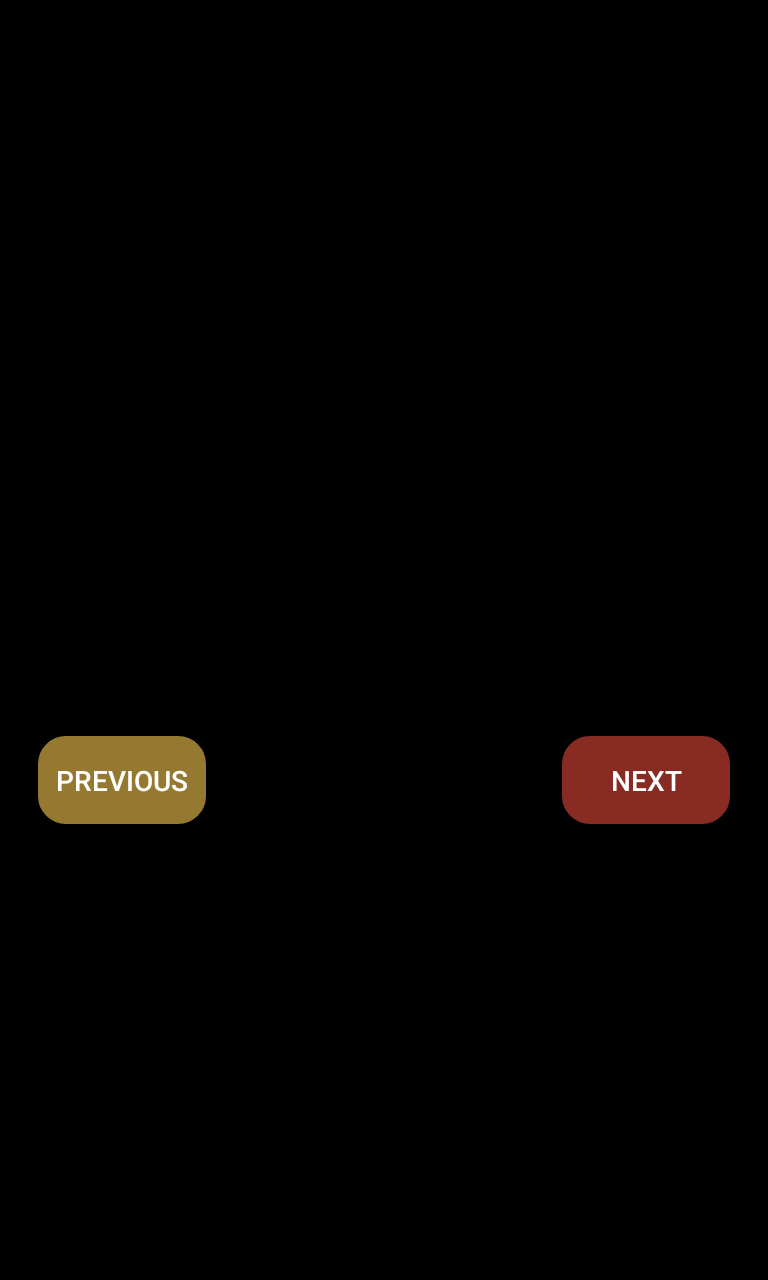
Repository: Dsupreme/MC_tictactoe
Layout: basicgrid/res/layout/tutorial1.xml
An editor plug-in stored every save of this project. The layout is shown before and after the next save, followed by the edit.
It is drawn on a 768 x 1280 px phone screen (xhdpi) without system bars, with theme AppTheme; the app's code is not run. The app's manifest (not shown) leaves right-to-left support off. So textAlignment, textDirection and layoutDirection are ignored, and left and right values win over start and end ones.

Above is the layout before, as saved 2014-12-02 05:15:40.

### basicgrid/res/layout/tutorial1.xml
<?xml version="1.0" encoding="utf-8"?>
<RelativeLayout xmlns:android="http://schemas.android.com/apk/res/android"
	android:layout_width="match_parent"
    android:layout_height="match_parent"
    android:background="#000000"
    android:scaleType="fitXY"
    android:paddingBottom="@dimen/activity_vertical_margin"
    android:paddingLeft="@dimen/activity_horizontal_margin"
    android:paddingRight="@dimen/activity_horizontal_margin"
    android:paddingTop="@dimen/activity_vertical_margin"
    android:orientation="vertical" >

    <ImageView
     android:id="@+id/ivAnimation"
     android:layout_width="350dp"
     android:layout_height="350dp"
     android:layout_centerHorizontal="true"
     android:contentDescription="Animation"
     />

    <TextView
        android:id="@+id/text_vp"
        android:layout_width="match_parent"
        android:layout_height="wrap_content"
        android:layout_alignBottom="@+id/ivAnimation"
        android:layout_alignLeft="@+id/ivAnimation"
        android:gravity="center"
        android:paddingBottom="10sp"
        android:paddingLeft="10sp"
        android:paddingRight="10sp"
        android:paddingTop="10sp"
        android:textAlignment="center"
        android:textColor="#FFFFFF"
        android:textSize="20sp" />

    <Button
        android:id="@+id/next"
        android:layout_width="wrap_content"
        android:layout_height="wrap_content"
        android:layout_alignRight="@+id/ivAnimation"
        android:layout_below="@+id/ivAnimation"
        android:layout_weight="1"
        android:background="@drawable/button_states_peach"
        android:text="Next"
        android:textColor="#FFF" />

    <Button
        android:id="@+id/prev"
        android:layout_width="wrap_content"
        android:layout_height="wrap_content"
        android:layout_alignLeft="@+id/ivAnimation"
        android:layout_below="@+id/ivAnimation"
        android:layout_weight="1"
        android:background="@drawable/button_states_yellow"
        android:text="Previous"
        android:textColor="#FFF" />

</RelativeLayout>

### basicgrid/res/drawable/button_states_peach.xml
<?xml version="1.0" encoding="utf-8"?>
<selector xmlns:android="http://schemas.android.com/apk/res/android">
    <item android:drawable="@drawable/custom_button_peach_pressed"
          android:state_pressed="true" />
    <item android:drawable="@drawable/custom_button_peach_pressed"
          android:state_focused="true" />
    <item android:drawable="@drawable/custom_button_peach" />
</selector>

### basicgrid/res/drawable/button_states_yellow.xml
<?xml version="1.0" encoding="utf-8"?>
<selector xmlns:android="http://schemas.android.com/apk/res/android">
    <item android:drawable="@drawable/custom_button_yellow_pressed"
          android:state_pressed="true" />
    <item android:drawable="@drawable/custom_button_yellow_pressed"
          android:state_focused="true" />
    <item android:drawable="@drawable/custom_button_yellow" />
</selector>

### basicgrid/res/drawable/custom_button_yellow_pressed.xml
<?xml version="1.0" encoding="utf-8"?>
<layer-list xmlns:android="http://schemas.android.com/apk/res/android" >
    <item android:left="0dp" android:right="0dp"  android:top="0dp"  android:bottom="0dp">
    <shape android:shape="rectangle" >
        <solid android:color="#ffce54"/>
        <corners android:radius="15dp"></corners>
		<padding android:top="7dp" android:bottom="7dp" android:right="7dp" android:left="7dp"/>
    	<stroke android:width="2dp" android:color="#000" />

    </shape>
    </item>
</layer-list>
<!-- #96cca443 -->

### basicgrid/res/drawable/custom_button_yellow.xml
<?xml version="1.0" encoding="utf-8"?>
<layer-list xmlns:android="http://schemas.android.com/apk/res/android" >
    <item android:left="0dp" android:right="0dp"  android:top="0dp"  android:bottom="0dp">
    <shape android:shape="rectangle" >
        <solid android:color="#96ffce54"/>
        <corners android:radius="15dp"></corners>
		<padding android:top="7dp" android:bottom="7dp" android:right="7dp" android:left="7dp"/>
    	<stroke android:width="2dp" android:color="#000" />

    </shape>
    </item>
</layer-list>

### basicgrid/res/drawable/custom_button_peach_pressed.xml
<?xml version="1.0" encoding="utf-8"?>
<layer-list xmlns:android="http://schemas.android.com/apk/res/android" >
    <item android:left="0dp" android:right="0dp"  android:top="0dp"  android:bottom="0dp">
    <shape android:shape="rectangle" >
        <solid android:color="#e74c3c"/>
        <corners android:radius="15dp"></corners>
		<padding android:top="7dp" android:bottom="7dp" android:right="7dp" android:left="7dp"/>
    	<stroke android:width="2dp" android:color="#000" />
    </shape>
    </item>
</layer-list>
<!-- color a1352a-->

### basicgrid/res/drawable/custom_button_peach.xml
<?xml version="1.0" encoding="utf-8"?>
<layer-list xmlns:android="http://schemas.android.com/apk/res/android" >
    <item android:left="0dp" android:right="0dp"  android:top="0dp"  android:bottom="0dp">
    <shape android:shape="rectangle" >
        <solid android:color="#96e74c3c"/>
        <corners android:radius="15dp"></corners>
		<padding android:top="7dp" android:bottom="7dp" android:right="7dp" android:left="7dp"/>
    	<stroke android:width="2dp" android:color="#000" />
    </shape>
    </item>
</layer-list>

Loaded but not shown: basicgrid/res/values/styles.xml (common file); basicgrid/res/values-v11/styles.xml (common file); basicgrid/res/values-v14/styles.xml (common file); basicgrid/res/values/dimens.xml (common file); basicgrid/res/values-w820dp/dimens.xml (common file)

After the next save:
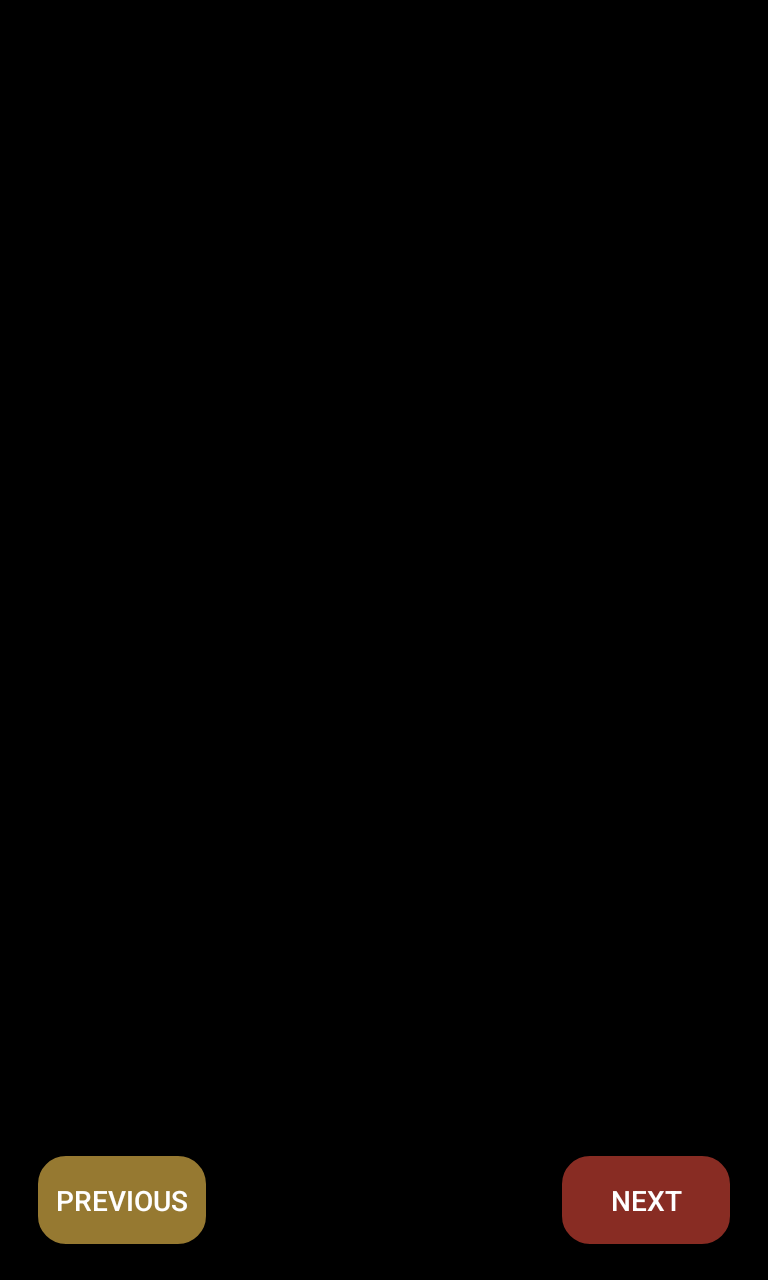
Saved 70 s later.
--- a/basicgrid/res/layout/tutorial1.xml
+++ b/basicgrid/res/layout/tutorial1.xml
@@ -11,18 +11,41 @@
     android:orientation="vertical" >
 
     <ImageView
-     android:id="@+id/ivAnimation"
-     android:layout_width="350dp"
-     android:layout_height="350dp"
-     android:layout_centerHorizontal="true"
-     android:contentDescription="Animation"
-     />
+        android:id="@+id/ivAnimation"
+        android:layout_width="350dp"
+        android:layout_height="350dp"
+        android:layout_above="@+id/text_vp"
+        android:layout_centerHorizontal="true"
+        android:contentDescription="Animation" />
+
+    <Button
+        android:id="@+id/prev"
+        android:layout_width="wrap_content"
+        android:layout_height="wrap_content"
+        android:layout_alignLeft="@+id/ivAnimation"
+        android:layout_alignParentBottom="true"
+        android:layout_weight="1"
+        android:background="@drawable/button_states_yellow"
+        android:text="Previous"
+        android:textColor="#FFF" />
+
+    <Button
+        android:id="@+id/next"
+        android:layout_width="wrap_content"
+        android:layout_height="wrap_content"
+        android:layout_alignBaseline="@+id/prev"
+        android:layout_alignBottom="@+id/prev"
+        android:layout_alignRight="@+id/ivAnimation"
+        android:layout_weight="1"
+        android:background="@drawable/button_states_peach"
+        android:text="Next"
+        android:textColor="#FFF" />
 
     <TextView
         android:id="@+id/text_vp"
         android:layout_width="match_parent"
         android:layout_height="wrap_content"
-        android:layout_alignBottom="@+id/ivAnimation"
+        android:layout_above="@+id/prev"
         android:layout_alignLeft="@+id/ivAnimation"
         android:gravity="center"
         android:paddingBottom="10sp"
@@ -33,26 +56,4 @@
         android:textColor="#FFFFFF"
         android:textSize="20sp" />
 
-    <Button
-        android:id="@+id/next"
-        android:layout_width="wrap_content"
-        android:layout_height="wrap_content"
-        android:layout_alignRight="@+id/ivAnimation"
-        android:layout_below="@+id/ivAnimation"
-        android:layout_weight="1"
-        android:background="@drawable/button_states_peach"
-        android:text="Next"
-        android:textColor="#FFF" />
-
-    <Button
-        android:id="@+id/prev"
-        android:layout_width="wrap_content"
-        android:layout_height="wrap_content"
-        android:layout_alignLeft="@+id/ivAnimation"
-        android:layout_below="@+id/ivAnimation"
-        android:layout_weight="1"
-        android:background="@drawable/button_states_yellow"
-        android:text="Previous"
-        android:textColor="#FFF" />
-
 </RelativeLayout>
